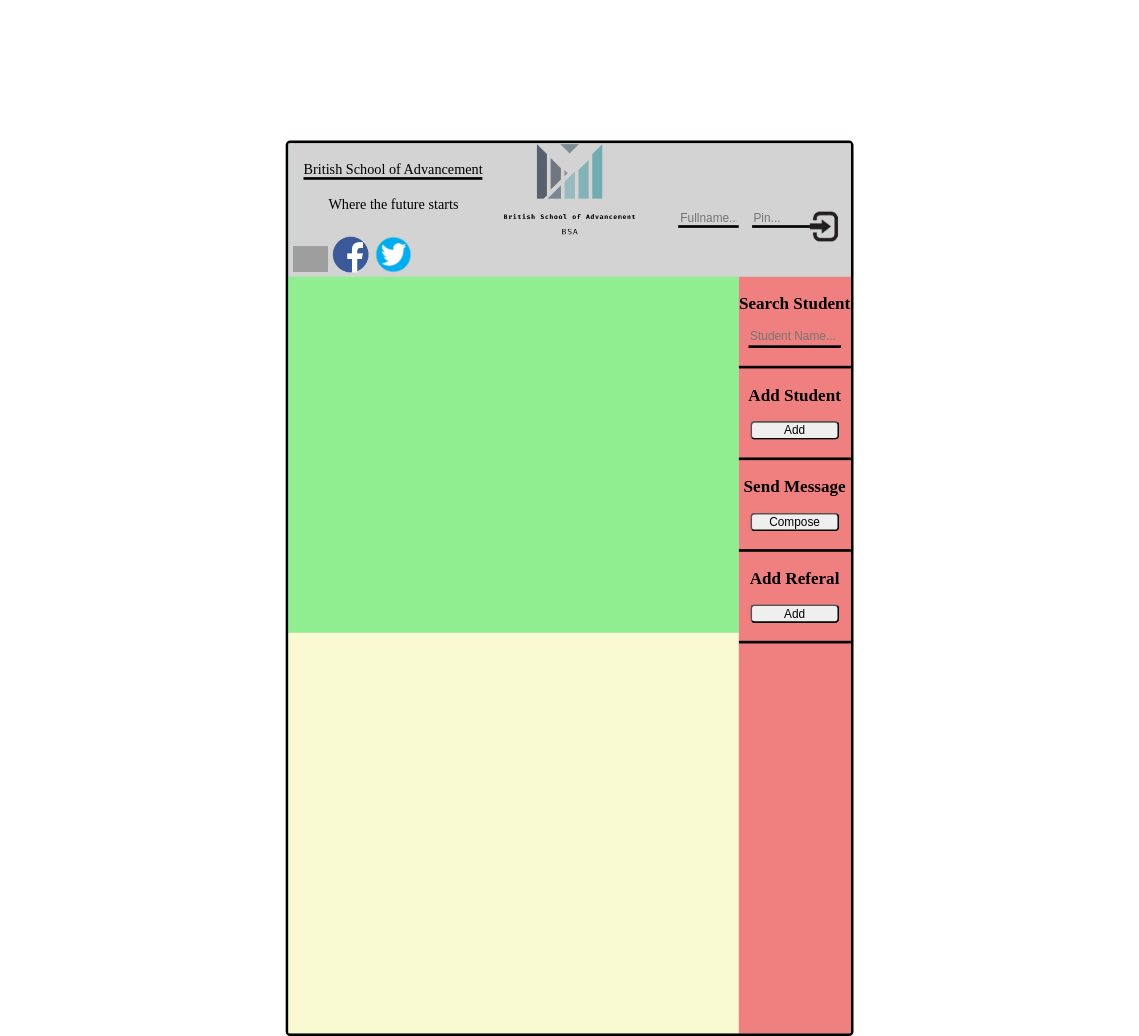
Repository: ghend99/School-app
Page: index.html
The author's editor kept a copy of each file at every save. The page is drawn from the files as they stood at one save, then again after the next save.
The browser window is 1280 px wide. The pictures show the whole page, at 89% of full size.
Pictures or frames that could not be fetched are drawn as grey boxes.

Above is the page before, as saved 2023-03-24 14:04:13.

After the next save:
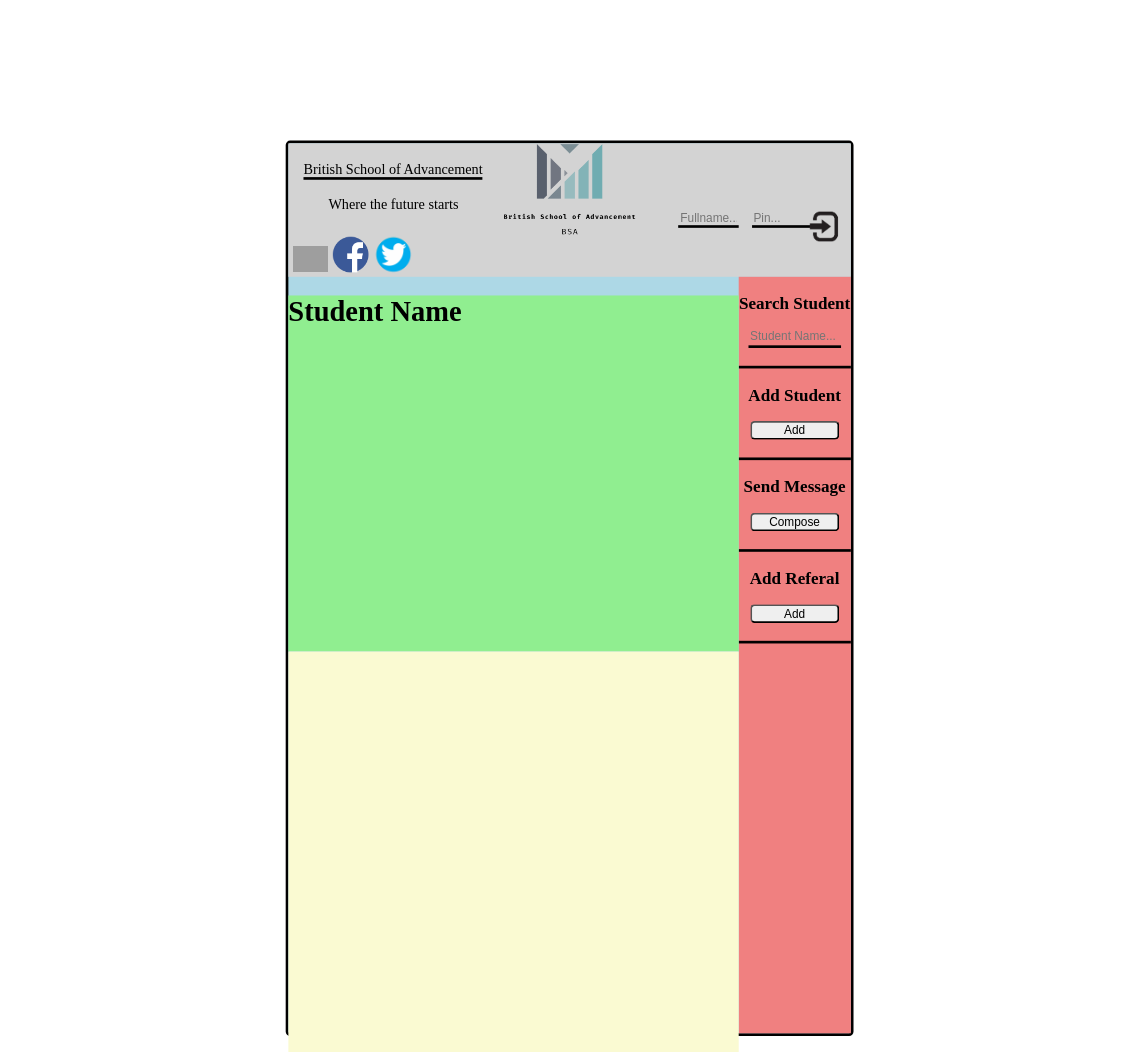
Saved 100 s later.
--- a/index.html
+++ b/index.html
@@ -66,7 +66,9 @@
       </div>
 
       <!-- Student Information Container -->
-      <div id="student-information-container"></div>
+      <div id="student-information-container">
+        <h1>Student Name</h1>
+      </div>
 
       <!-- Student Management Container -->
       <div id="student-management-container"></div>
